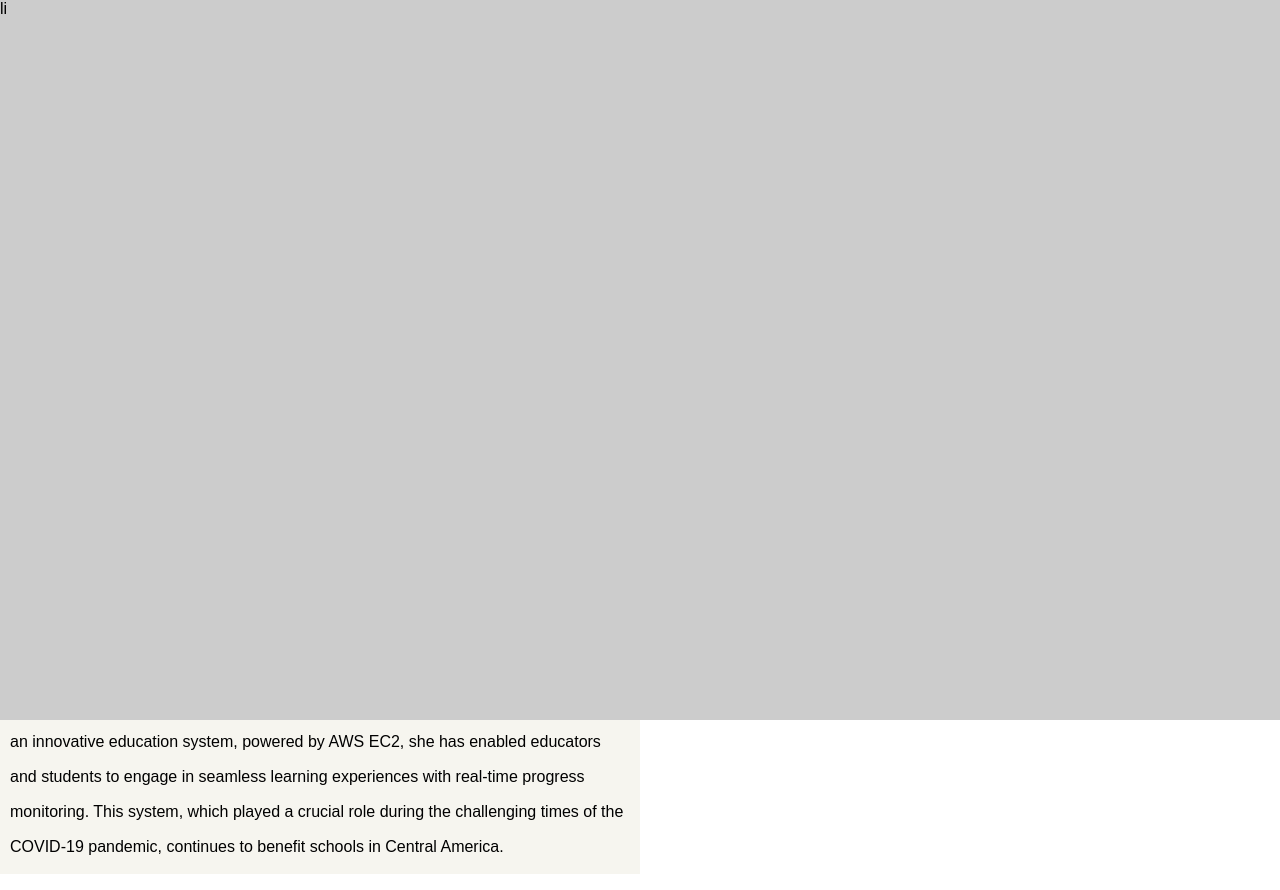
Repository: tessa5/developerPortfolio
Page: public/bio.html
These files come from the project's save history. The page is drawn as it stood at one moment and after a run of saves; the edit follows.
The browser window is 1280 px wide. The pictures show the whole page.

Above is the page before, as saved 2023-08-08 14:27:40.

After the next 3 saves:
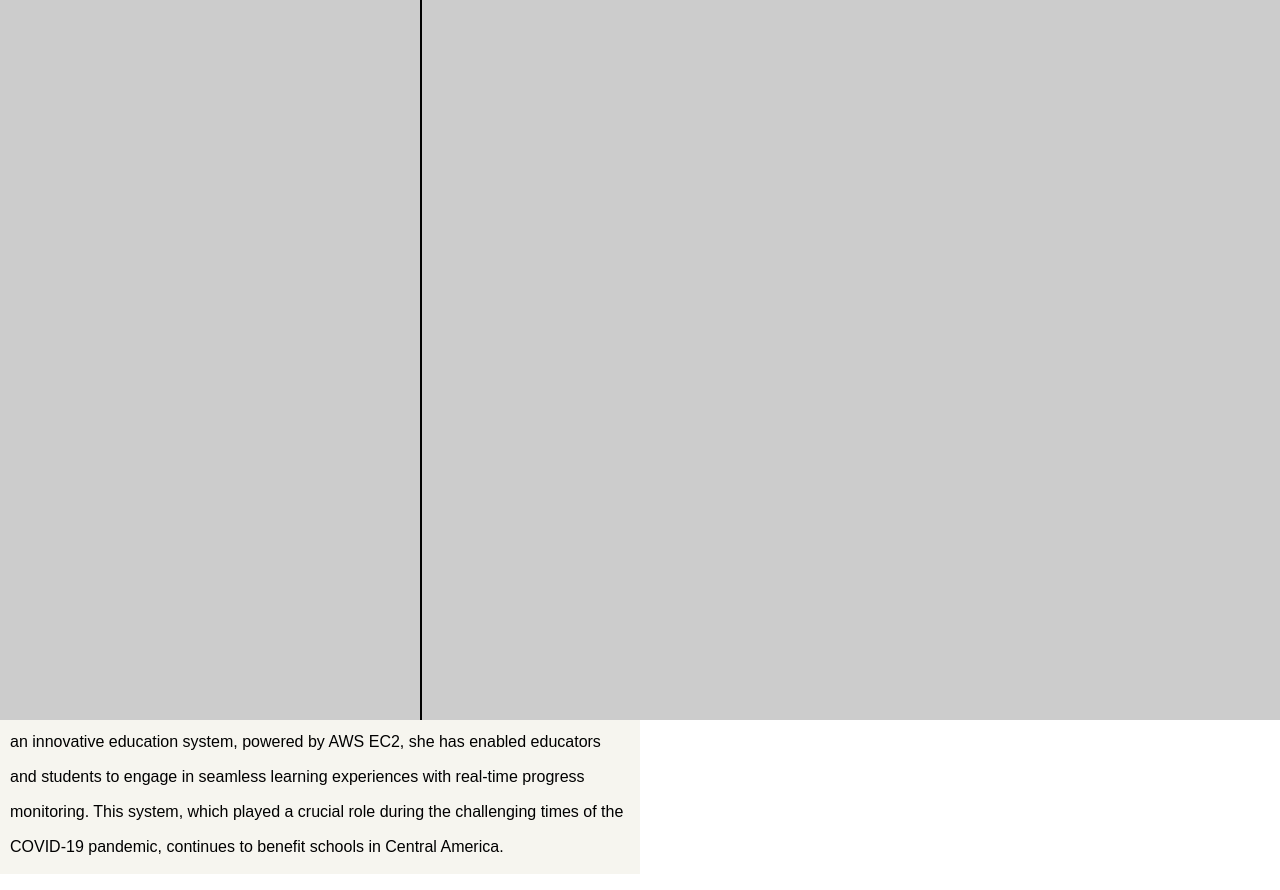
The 3 saves are shown as one change because they came seconds apart.
The last was saved 8 s later.
--- a/public/bio.html
+++ b/public/bio.html
@@ -8,7 +8,9 @@
 </head>
 <body>
     <section>
-        <ul>li</ul>
+        <ul>
+            <li></li>
+        </ul>
 
     </section>
     <h3>Bio</h3>
